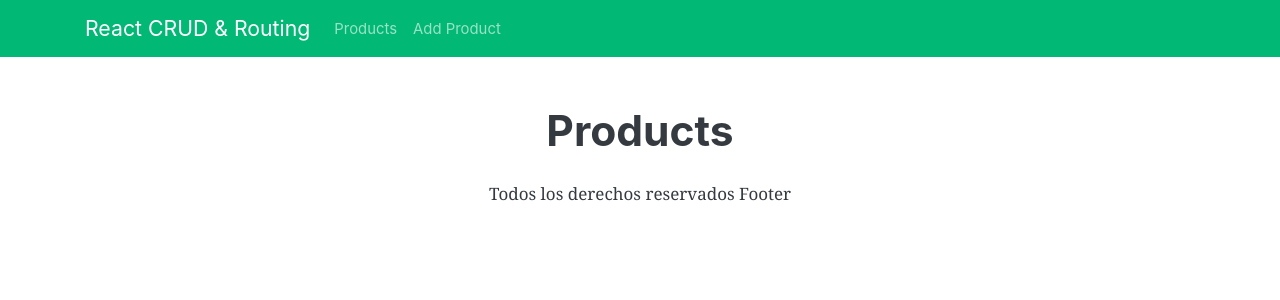
Repository: harrycampaz/router-reactjs
Page: /products
These files come from the project's save history. The page is drawn as it stood at one moment and after the next save; the edit follows.
The browser window is 1280 px wide. The pictures show the whole page.
The project was rebuilt for these pictures with package versions that can differ from the ones it lists, and the page was loaded fresh each time. Also part of the build but not shown: src/components/Product/AddProduct.js, src/components/Product/EditProduct.js, src/components/Product/Product.js.

Above is the page before, as saved 2020-01-24 21:01:05.

After the next save:
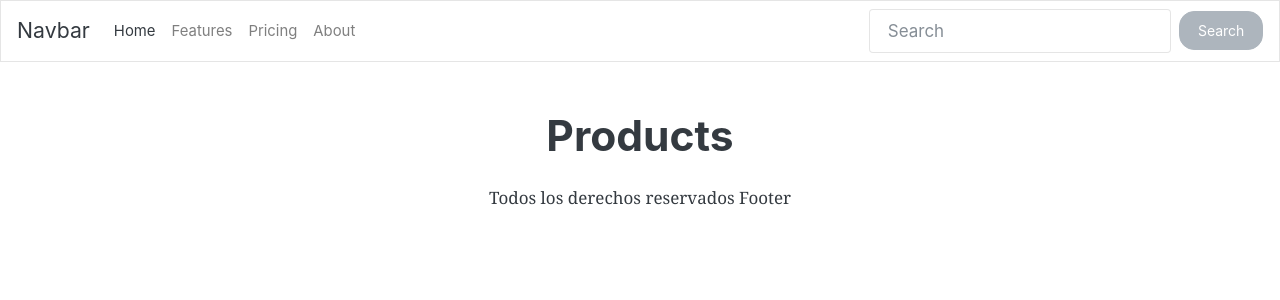
Saved 3 min 34 s later.
--- a/src/ui/Header.js
+++ b/src/ui/Header.js
@@ -2,25 +2,33 @@ import React from 'react';
 import { Link } from 'react-router-dom';
 
 const Header = (props) => (
-    <nav className="navbar navbar-expand-lg navbar-dark bg-dark">
-        <div className="container">
-            <Link to="/products" className="navbar-brand">
-                React CRUD & Routing
-                </Link>
-            <ul className="navbar-nav mr-auto">
-                <li className="nav-item">
-                <Link to="/products" className="nav-link">
-                    Products
-                </Link>
-                </li>
-                <li className="nav-item">
-                <Link to="/add-product" className="nav-link">
-                    Add Product
-                </Link>
-                </li>
-            </ul>
-        </div>
-    </nav>
+    <nav className="navbar navbar-expand-lg navbar-light bg-light">
+    <a className="navbar-brand" href="#">Navbar</a>
+    <button className="navbar-toggler" type="button" data-toggle="collapse" data-target="#navbarColor03" aria-controls="navbarColor03" aria-expanded="false" aria-label="Toggle navigation">
+      <span className="navbar-toggler-icon"></span>
+    </button>
+
+    <div className="collapse navbar-collapse" id="navbarColor03">
+      <ul className="navbar-nav mr-auto">
+        <li className="nav-item active">
+          <a className="nav-link" href="#">Home <span class="sr-only">(current)</span></a>
+        </li>
+        <li className="nav-item">
+          <a className="nav-link" href="#">Features</a>
+        </li>
+        <li className="nav-item">
+          <a className="nav-link" href="#">Pricing</a>
+        </li>
+        <li className="nav-item">
+          <a className="nav-link" href="#">About</a>
+        </li>
+      </ul>
+      <form className="form-inline my-2 my-lg-0">
+        <input className="form-control mr-sm-2" type="text" placeholder="Search" />
+        <button className="btn btn-secondary my-2 my-sm-0" type="submit">Search</button>
+      </form>
+    </div>
+</nav>
 );
 
 export default Header;
